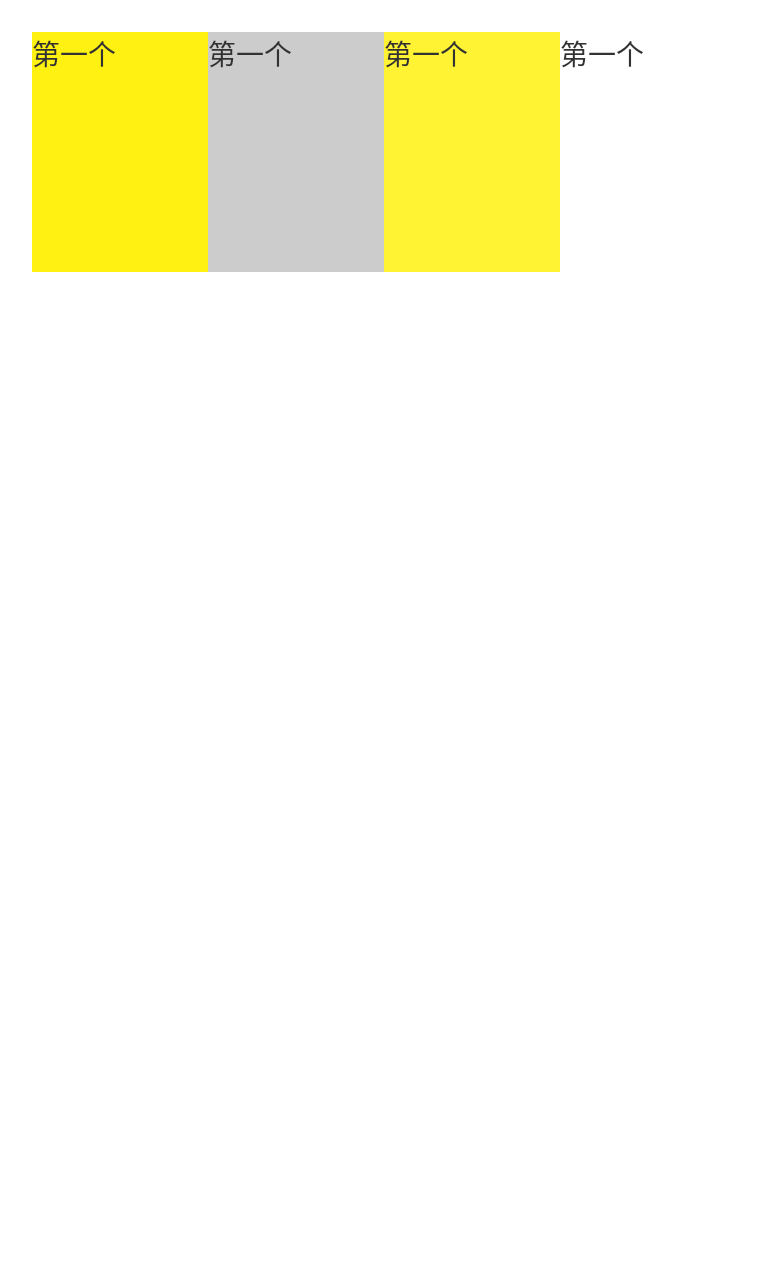
Repository: qwer2714856/Android_learn
Layout: linearylayout/res/layout/activity_main.xml
These files come from the project's save history. The layout is drawn as it stood at one moment and after the next save; the edit follows.
It is drawn on a 768 x 1280 px phone screen (xhdpi) without system bars, with theme AppTheme; the app's code is not run.

Above is the layout before, as saved 2015-09-28 07:47:06.

After the next save:
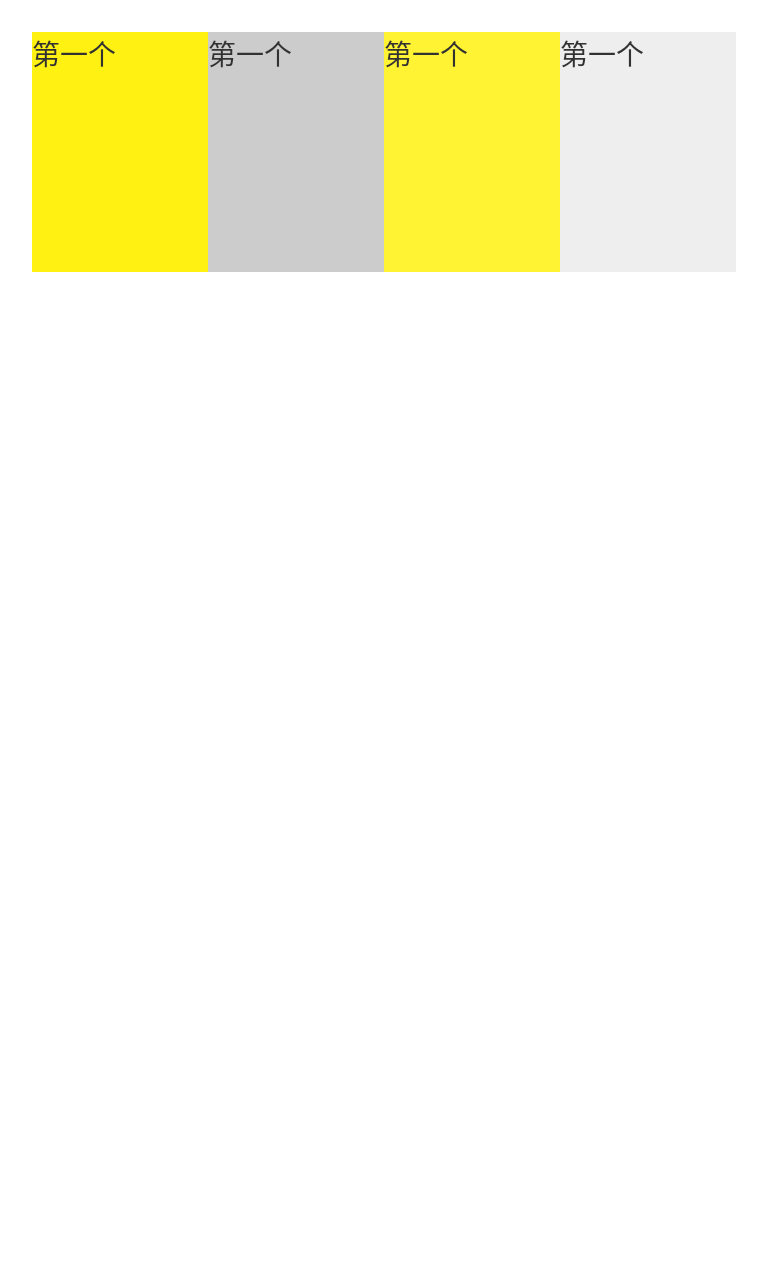
Saved 10 s later.
--- a/linearylayout/res/layout/activity_main.xml
+++ b/linearylayout/res/layout/activity_main.xml
@@ -36,7 +36,7 @@
         android:layout_height="120dp"
         android:text="第一个"
         android:layout_weight="1"
-        android:background="0f0000"
+        android:background="#eeeeee"
         />
 
 
